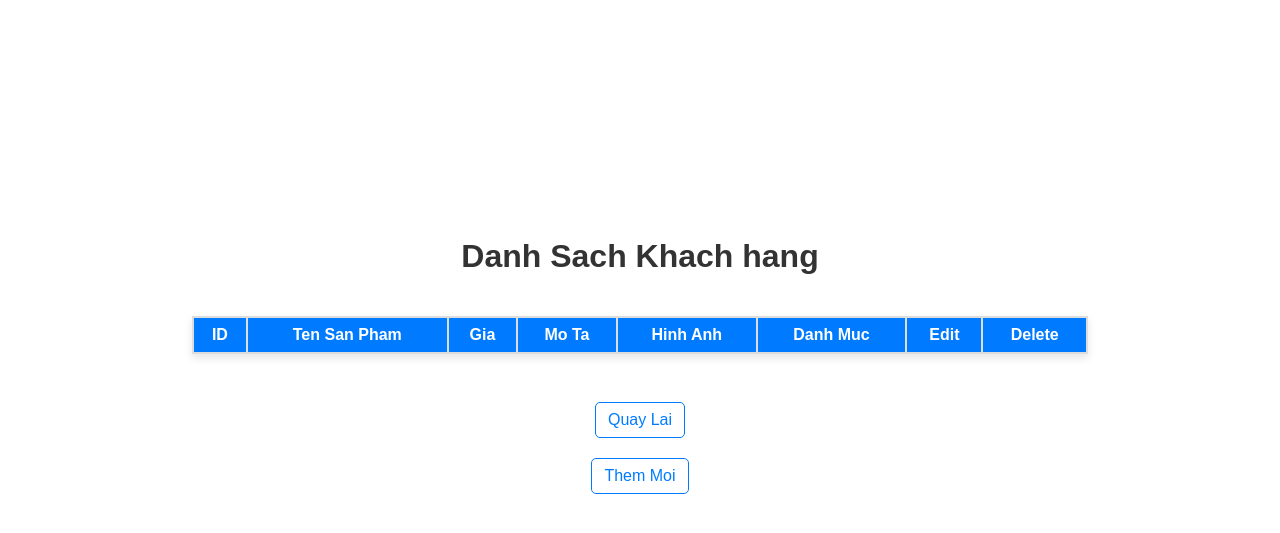
Repository: kazela2/K22CNT2_LeHoangLong_2210900037_project3
Page: http://localhost/K22CNT2-LeHoangLong-2210900037/WEB-INF/views/viewkhachhang.jsp
These files come from the project's save history. The page is drawn as it stood at one moment and after the next save; the edit follows.
The browser window is 1280 px wide. The pictures show the whole page.
The page is served by Tomcat 9. Nobody is signed in. The template is opened directly, without the code that normally fills it, so the values that code supplies are empty.

Above is the page before, as saved 2025-02-28 09:27:37.

After the next save:
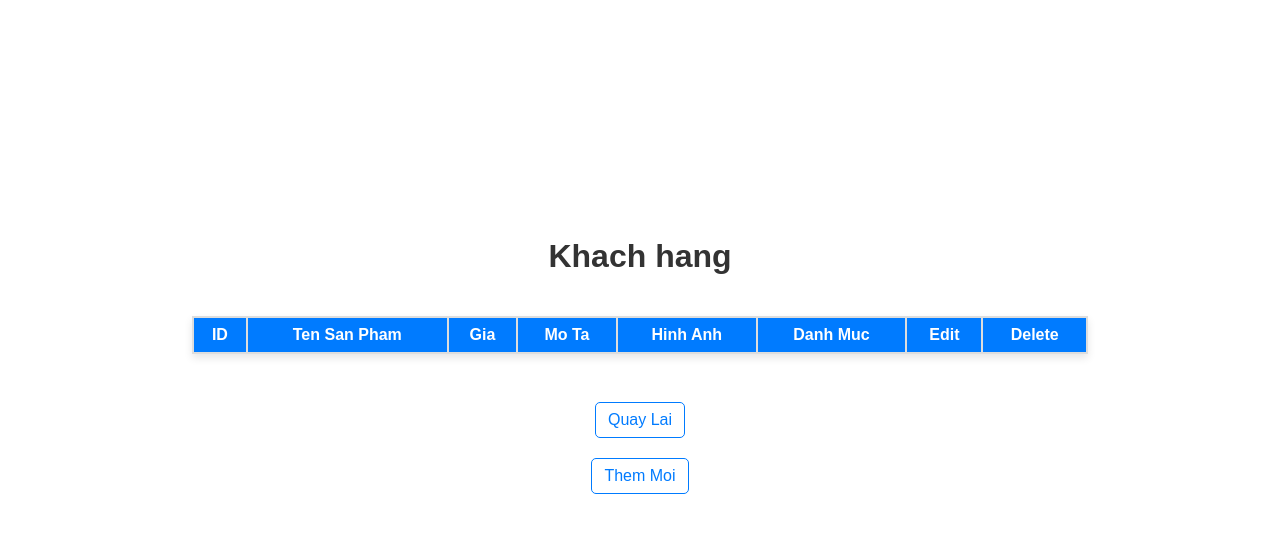
Saved 10 s later.
--- a/Eclipse/K22CNT2-LeHoangLong-2210900037/src/main/webapp/WEB-INF/views/viewkhachhang.jsp
+++ b/Eclipse/K22CNT2-LeHoangLong-2210900037/src/main/webapp/WEB-INF/views/viewkhachhang.jsp
@@ -53,7 +53,7 @@ a:hover {
 	color: white;
 }
 </style>
-<h1>Danh Sach Khach hang</h1>
+<h1>Khach hang</h1>
 <table border="1">
 	<tr>
 		<th>ID</th>
